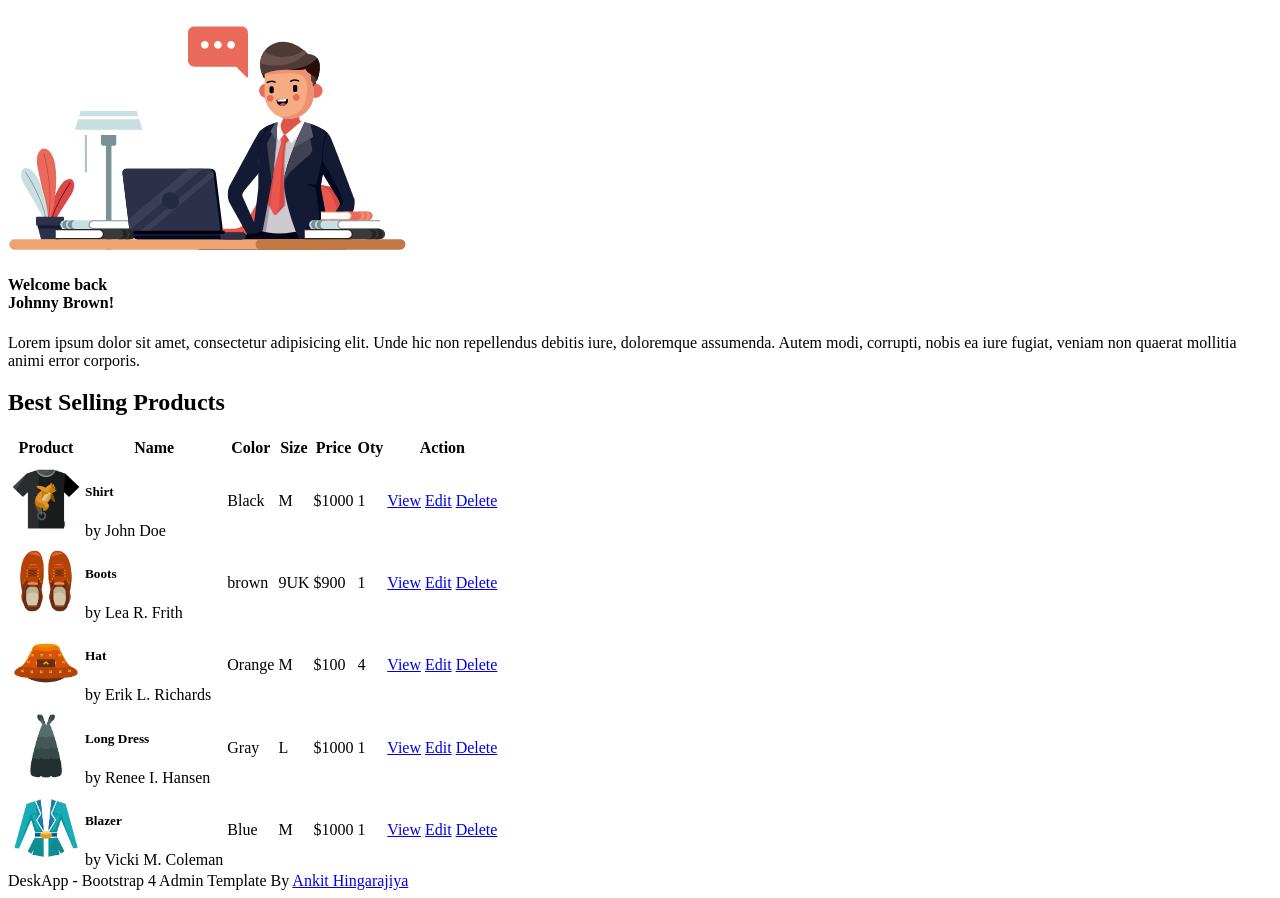
Repository: tonhue25/web-ban-mat-kinh
Page: http://localhost/webbanmatkinh/WEB-INF/views/admin/home.jsp
An editor plug-in stored every save of this project. The page is shown before and after the next save, followed by the edit.
The browser window is 1280 px wide. The pictures show the whole page.
The page is served by Tomcat 9. Nobody is signed in. The template is opened directly, without the code that normally fills it, so the values that code supplies are empty.

Above is the page before, as saved 2021-10-31 17:33:34.

After the next save:
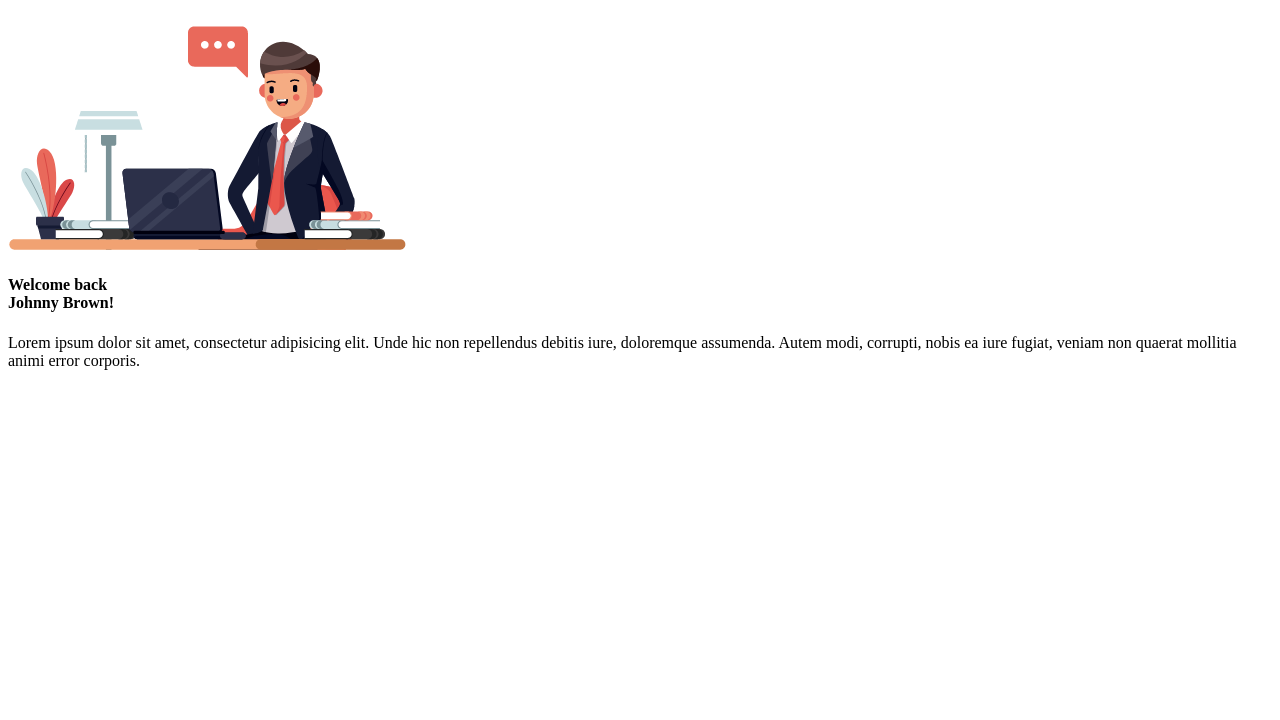
Saved 30 s later.
--- a/webbanmatkinh/src/main/webapp/WEB-INF/views/admin/home.jsp
+++ b/webbanmatkinh/src/main/webapp/WEB-INF/views/admin/home.jsp
@@ -25,152 +25,6 @@
 				</div>
 			</div>
 
-			<div class="card-box mb-30">
-				<h2 class="h4 pd-20">Best Selling Products</h2>
-				<table class="data-table table nowrap">
-					<thead>
-						<tr>
-							<th class="table-plus datatable-nosort">Product</th>
-							<th>Name</th>
-							<th>Color</th>
-							<th>Size</th>
-							<th>Price</th>
-							<th>Oty</th>
-							<th class="datatable-nosort">Action</th>
-						</tr>
-					</thead>
-					<tbody>
-						<tr>
-							<td class="table-plus">
-								<img src="vendors/images/product-1.jpg" width="70" height="70" alt="">
-							</td>
-							<td>
-								<h5 class="font-16">Shirt</h5>
-								by John Doe
-							</td>
-							<td>Black</td>
-							<td>M</td>
-							<td>$1000</td>
-							<td>1</td>
-							<td>
-								<div class="dropdown">
-									<a class="btn btn-link font-24 p-0 line-height-1 no-arrow dropdown-toggle" href="#" role="button" data-toggle="dropdown">
-										<i class="dw dw-more"></i>
-									</a>
-									<div class="dropdown-menu dropdown-menu-right dropdown-menu-icon-list">
-										<a class="dropdown-item" href="#"><i class="dw dw-eye"></i> View</a>
-										<a class="dropdown-item" href="#"><i class="dw dw-edit2"></i> Edit</a>
-										<a class="dropdown-item" href="#"><i class="dw dw-delete-3"></i> Delete</a>
-									</div>
-								</div>
-							</td>
-						</tr>
-						<tr>
-							<td class="table-plus">
-								<img src="vendors/images/product-2.jpg" width="70" height="70" alt="">
-							</td>
-							<td>
-								<h5 class="font-16">Boots</h5>
-								by Lea R. Frith
-							</td>
-							<td>brown</td>
-							<td>9UK</td>
-							<td>$900</td>
-							<td>1</td>
-							<td>
-								<div class="dropdown">
-									<a class="btn btn-link font-24 p-0 line-height-1 no-arrow dropdown-toggle" href="#" role="button" data-toggle="dropdown">
-										<i class="dw dw-more"></i>
-									</a>
-									<div class="dropdown-menu dropdown-menu-right dropdown-menu-icon-list">
-										<a class="dropdown-item" href="#"><i class="dw dw-eye"></i> View</a>
-										<a class="dropdown-item" href="#"><i class="dw dw-edit2"></i> Edit</a>
-										<a class="dropdown-item" href="#"><i class="dw dw-delete-3"></i> Delete</a>
-									</div>
-								</div>
-							</td>
-						</tr>
-						<tr>
-							<td class="table-plus">
-								<img src="vendors/images/product-3.jpg" width="70" height="70" alt="">
-							</td>
-							<td>
-								<h5 class="font-16">Hat</h5>
-								by Erik L. Richards
-							</td>
-							<td>Orange</td>
-							<td>M</td>
-							<td>$100</td>
-							<td>4</td>
-							<td>
-								<div class="dropdown">
-									<a class="btn btn-link font-24 p-0 line-height-1 no-arrow dropdown-toggle" href="#" role="button" data-toggle="dropdown">
-										<i class="dw dw-more"></i>
-									</a>
-									<div class="dropdown-menu dropdown-menu-right dropdown-menu-icon-list">
-										<a class="dropdown-item" href="#"><i class="dw dw-eye"></i> View</a>
-										<a class="dropdown-item" href="#"><i class="dw dw-edit2"></i> Edit</a>
-										<a class="dropdown-item" href="#"><i class="dw dw-delete-3"></i> Delete</a>
-									</div>
-								</div>
-							</td>
-						</tr>
-						<tr>
-							<td class="table-plus">
-								<img src="vendors/images/product-4.jpg" width="70" height="70" alt="">
-							</td>
-							<td>
-								<h5 class="font-16">Long Dress</h5>
-								by Renee I. Hansen
-							</td>
-							<td>Gray</td>
-							<td>L</td>
-							<td>$1000</td>
-							<td>1</td>
-							<td>
-								<div class="dropdown">
-									<a class="btn btn-link font-24 p-0 line-height-1 no-arrow dropdown-toggle" href="#" role="button" data-toggle="dropdown">
-										<i class="dw dw-more"></i>
-									</a>
-									<div class="dropdown-menu dropdown-menu-right dropdown-menu-icon-list">
-										<a class="dropdown-item" href="#"><i class="dw dw-eye"></i> View</a>
-										<a class="dropdown-item" href="#"><i class="dw dw-edit2"></i> Edit</a>
-										<a class="dropdown-item" href="#"><i class="dw dw-delete-3"></i> Delete</a>
-									</div>
-								</div>
-							</td>
-						</tr>
-						<tr>
-							<td class="table-plus">
-								<img src="vendors/images/product-5.jpg" width="70" height="70" alt="">
-							</td>
-							<td>
-								<h5 class="font-16">Blazer</h5>
-								by Vicki M. Coleman
-							</td>
-							<td>Blue</td>
-							<td>M</td>
-							<td>$1000</td>
-							<td>1</td>
-							<td>
-								<div class="dropdown">
-									<a class="btn btn-link font-24 p-0 line-height-1 no-arrow dropdown-toggle" href="#" role="button" data-toggle="dropdown">
-										<i class="dw dw-more"></i>
-									</a>
-									<div class="dropdown-menu dropdown-menu-right dropdown-menu-icon-list">
-										<a class="dropdown-item" href="#"><i class="dw dw-eye"></i> View</a>
-										<a class="dropdown-item" href="#"><i class="dw dw-edit2"></i> Edit</a>
-										<a class="dropdown-item" href="#"><i class="dw dw-delete-3"></i> Delete</a>
-									</div>
-								</div>
-							</td>
-						</tr>
-					</tbody>
-				</table>
-			</div>
-			<div class="footer-wrap pd-20 mb-20 card-box">
-				DeskApp - Bootstrap 4 Admin Template By <a href="https://github.com/dropways" target="_blank">Ankit Hingarajiya</a>
-			</div>
 		</div>
 	</div>
 </body>
